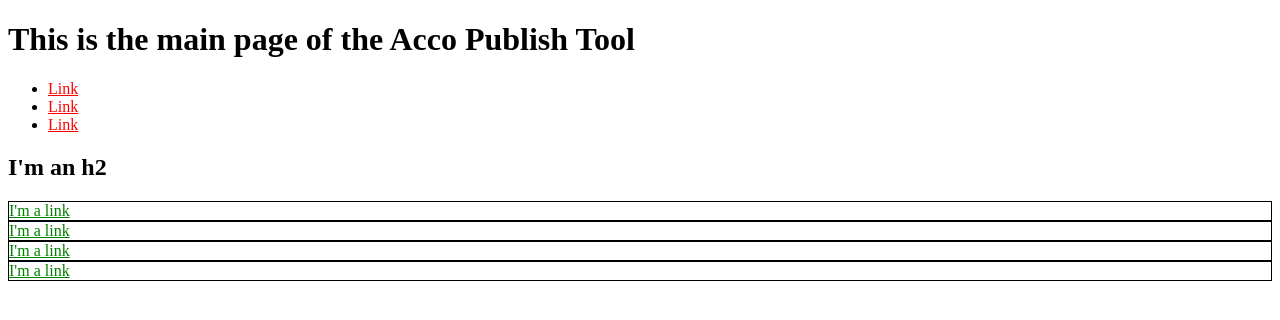
Repository: wimkinnet/Acco_Publish
Page: index.html
The author's editor kept a record of every edit. The page is drawn from the files as they stood at one moment, then again after the next edit.
The browser window is 1280 px wide. The pictures show the whole page.

Above is the page before.

### index.html
<!DOCTYPE html>
<html>
  <head>
    <title>Publish Tool - Main page</title>
    <meta charset = "utf-8">
    <style>
      .bio-box {
        border: 1px solid black;
      }
      a {
        color: red;
      }
      #exec-bio {
        background-color: lightgrey;
      }
      .bio-box a {
        color: green;
      }
    </style>
  </head>
  <body>
    <h1>This is the main page of the Acco Publish Tool</h1>
    <ul>
      <li>
        <a href="http://example.com/">Link</a>
      </li>
      <li>
        <a href="http://example.com/">Link</a>
      </li>
      <li>
        <a href="http://example.com/">Link</a>
      </li>
    </ul>
    <h2>I'm an h2</h2>
    <div id="bio-exec" class="bio-box">
      <a href="http://example.com/">I'm a link</a>
    </div>
    <div class="bio-box">
      <a href="http://example.com/">I'm a link</a>
    </div>
    <div class="bio-box">
      <a href="http://example.com/">I'm a link</a>
    </div>
    <div class="bio-box">
      <a href="http://example.com/">I'm a link</a>
    </div>
  </body>
</html>

After the next edit:
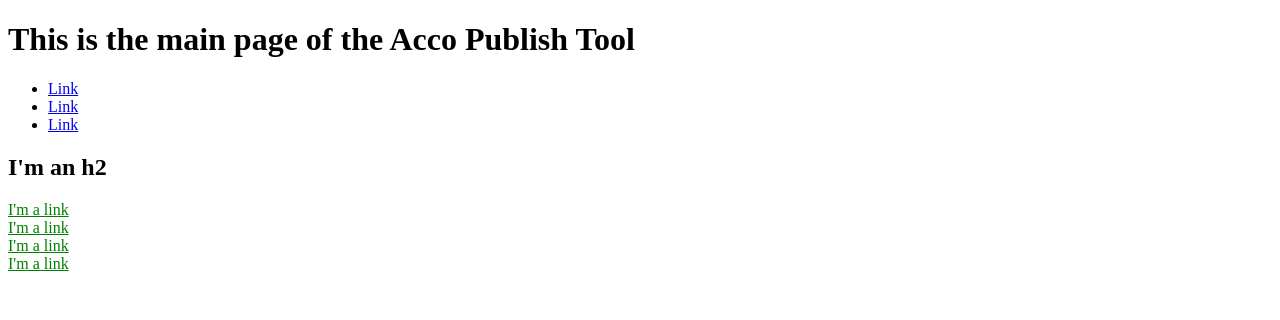
The edit:
--- a/index.html
+++ b/index.html
@@ -4,8 +4,6 @@
     <title>Publish Tool - Main page</title>
     <meta charset = "utf-8">
     <style>
-      .bio-box {
-        border: 1px solid black;
       }
       a {
         color: red;
